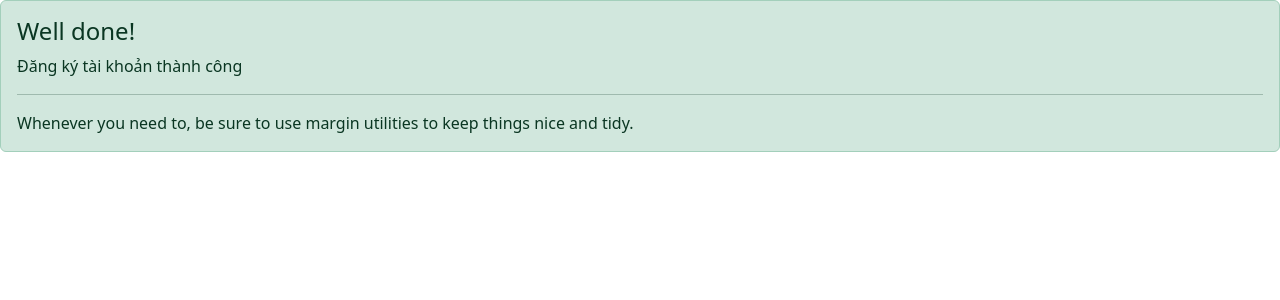
Repository: sitranvan/java-jsp-servlet
Page: http://localhost/TechStore/success.jsp
The author's editor kept a copy of each file at every save. The page is drawn from the files as they stood at one save, then again after the next save.
The browser window is 1280 px wide. The pictures show the whole page.
The page is served by Tomcat 10.

Above is the page before, as saved 2023-05-04 17:53:10.

After the next save:
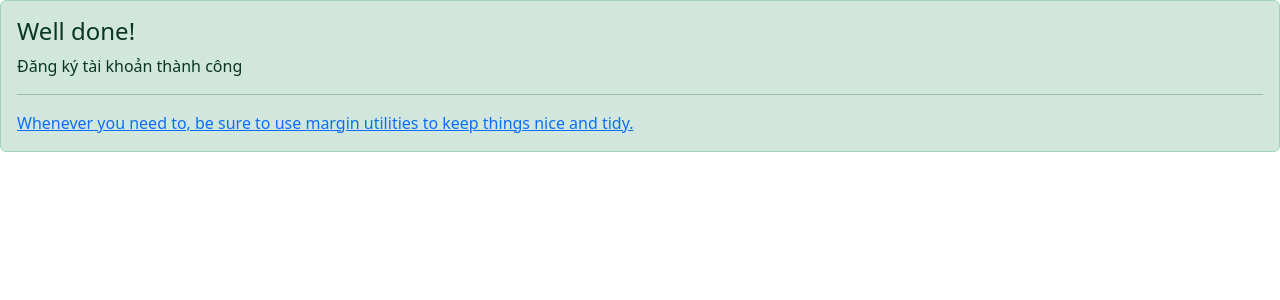
Saved 16 s later.
--- a/TechStore/src/main/webapp/success.jsp
+++ b/TechStore/src/main/webapp/success.jsp
@@ -29,8 +29,8 @@
 		<h4 class="alert-heading">Well done!</h4>
 		<p>Đăng ký tài khoản thành công</p>
 		<hr>
-		<p class="mb-0">Whenever you need to, be sure to use margin
-			utilities to keep things nice and tidy.</p>
+		<a href="login.jsp" class="mb-0">Whenever you need to, be sure to use margin
+			utilities to keep things nice and tidy.</a>
 	</div>
 </body>
 </html>
